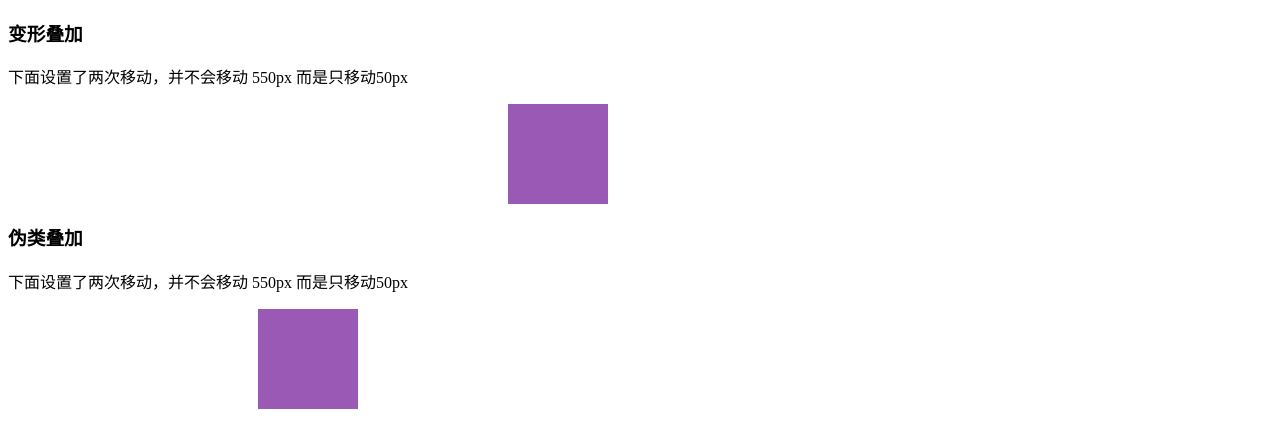
Repository: Aissd/animateDemo
Page: translate.html
An editor plug-in stored every save of this project. The page is shown before and after the next save, followed by the edit.
The browser window is 1280 px wide. The pictures show the whole page.

Above is the page before, as saved 2020-05-11 21:36:58.

### translate.html
<!DOCTYPE html>
<html lang="en">
<head>
    <meta charset="UTF-8">
    <meta name="viewport" content="width=device-width, initial-scale=1.0">
    <title>变形动画</title>
    <link rel="stylesheet" href="./css/translate.css" />
</head>
<body>
    <div class="container">
        <section class="demo-section">
            <h3>变形叠加</h3>
            <p>下面设置了两次移动，并不会移动 550px 而是只移动50px</p>
            <div class="demo01"></div>
        </section>

        <section class="demo-section">
            <h3>伪类叠加</h3>
            <p>下面设置了两次移动，并不会移动 550px 而是只移动50px</p>
            <div class="demo02"></div>
        </section>
    </div>
</body>
</html>

### css/translate.css
.demo01 {
    transform: translateX(500px);
    width: 100px;
    height: 100px;
    background: #9b59b6;
}

.demo01:nth-child(1) {
    transform: translateX(50px);
}

.demo02 {
    transition: 2s;
    transform: translateX(200px) translateX(50px);
    width: 100px;
    height: 100px;
    background: #9b59b6;
}

.demo02:hover {
    transition: 2s;
    transform: translateX(100px);
}

After the next save:
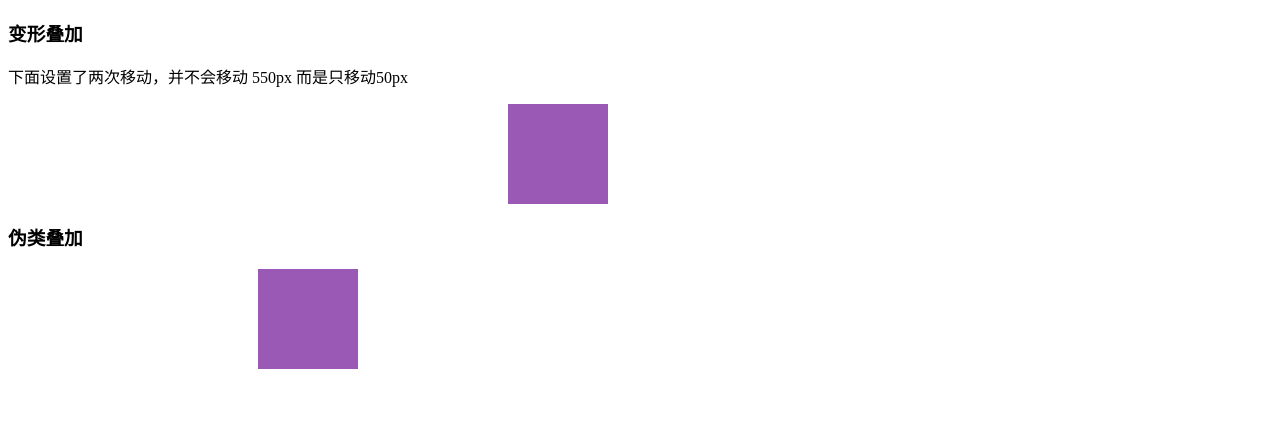
Saved 19 s later.
--- a/translate.html
+++ b/translate.html
@@ -16,7 +16,6 @@
 
         <section class="demo-section">
             <h3>伪类叠加</h3>
-            <p>下面设置了两次移动，并不会移动 550px 而是只移动50px</p>
             <div class="demo02"></div>
         </section>
     </div>
